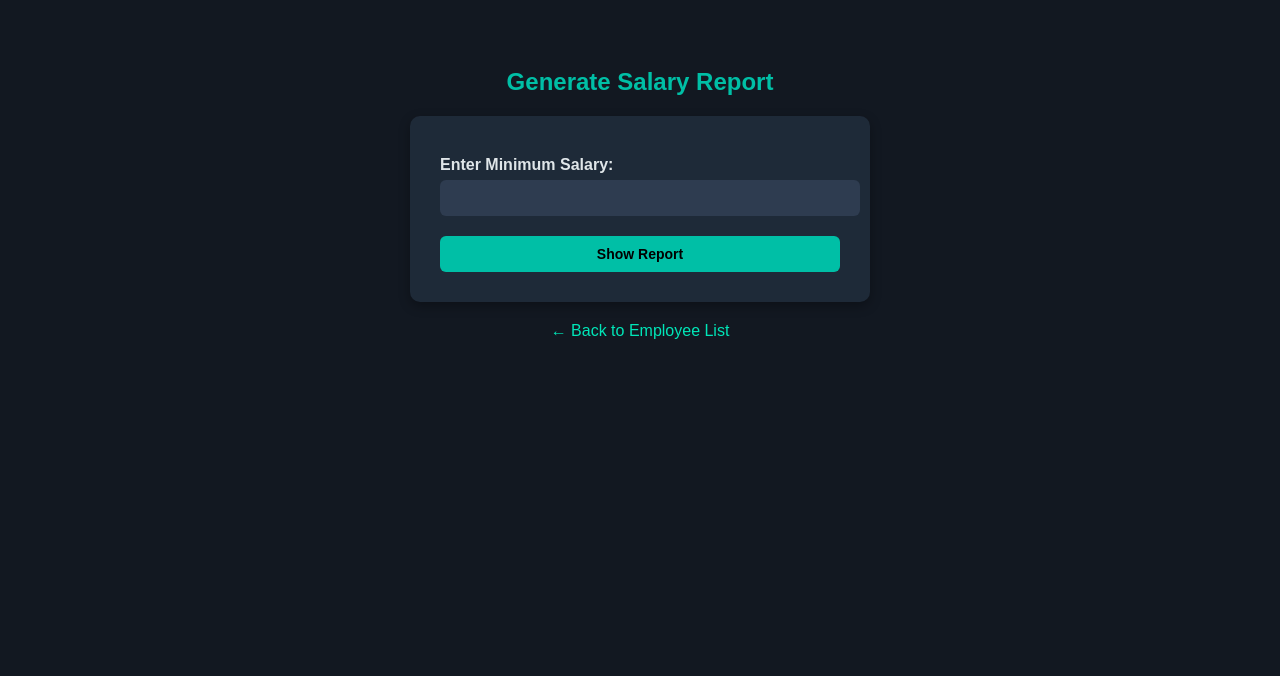
Repository: KUSUMA-74/Advance-JavaProject
Page: http://localhost/EmployeeWebApp/report_form.jsp
The author's editor kept a copy of each file at every save. The page is drawn from the files as they stood at one save, then again after the next save.
The browser window is 1280 px wide. The pictures show the whole page.
The page is served by Tomcat 9. Other server files are loaded and not shown.

Above is the page before, as saved 2025-05-30 15:13:09.

### EmployeeWebApp/src/main/webapp/report_form.jsp
<%@ page contentType="text/html;charset=UTF-8" language="java" %>
<!DOCTYPE html>
<html>
<head>
    <title>Generate Salary Report</title>
    <style>
        body {
            background-color: #121821;
            color: #e0e6e9;
            font-family: Arial, sans-serif;
            padding: 40px;
            display: flex;
            flex-direction: column;
            align-items: center;
        }
        h2 {
            color: #00bfa6;
        }
        form {
            background-color: #1e2a38;
            padding: 30px;
            border-radius: 10px;
            box-shadow: 0 4px 12px rgba(0,0,0,0.3);
            width: 400px;
            display: flex;
            flex-direction: column;
        }
        label {
            margin-top: 10px;
            font-weight: bold;
        }
        input {
            width: 100%;
            padding: 10px;
            margin-top: 6px;
            border: none;
            border-radius: 6px;
            background-color: #2e3c50;
            color: white;
            font-size: 14px;
        }
        input[type=submit] {
            background-color: #00bfa6;
            color: black;
            font-weight: bold;
            margin-top: 20px;
            cursor: pointer;
        }
        a {
            margin-top: 20px;
            color: #00e6b8;
            text-decoration: none;
        }
        .error {
            margin-top: 20px;
            color: #ff5252;
            text-align: center;
        }
    </style>
</head>
<body>
    <h2>Generate Salary Report</h2>

    <form action="report_result.jsp" method="get">
        <label for="salary">Enter Minimum Salary:</label>
        <input type="number" name="salary" id="salary" step="0.01" required />

        <input type="submit" value="Show Report" />
    </form>

    <%
       String error = request.getParameter("error");
       if (error != null) {
    %>
       <p class="error"><%= error %></p>
    <%
       }
    %>

    <a href="empdisplay.jsp">← Back to Employee List</a>
</body>
</html>

After the next save:
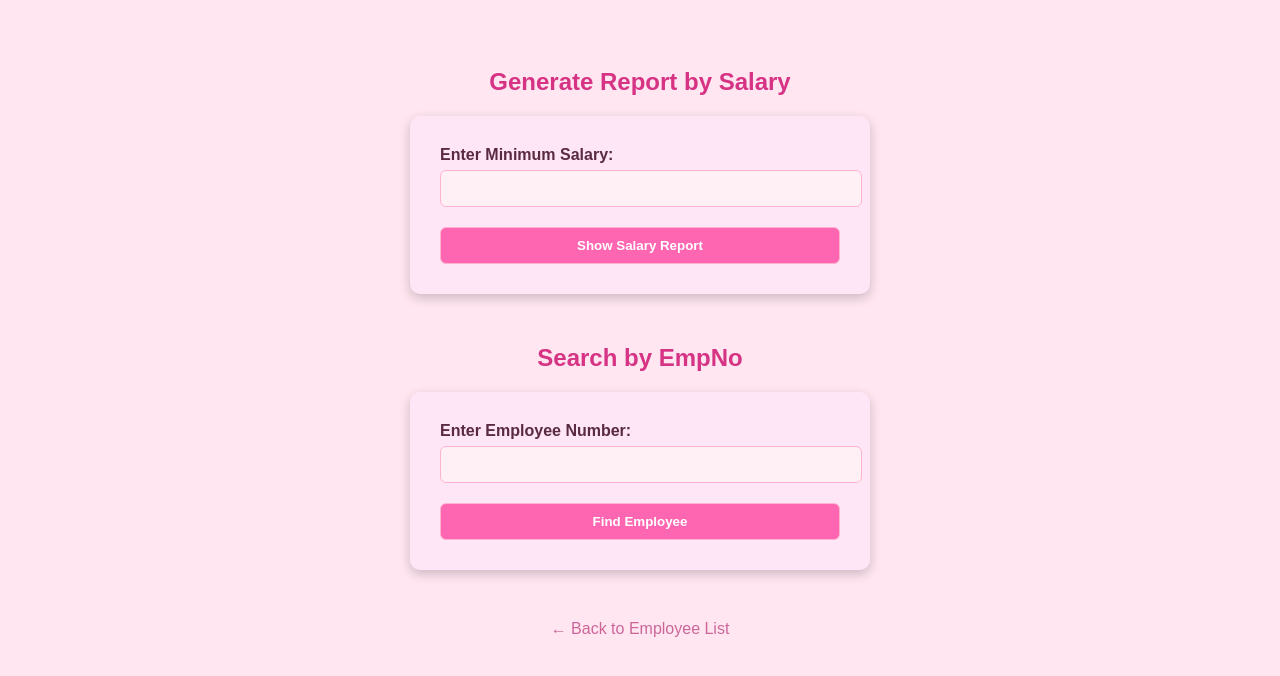
Saved 2 min 46 s later.
--- a/EmployeeWebApp/src/main/webapp/report_form.jsp
+++ b/EmployeeWebApp/src/main/webapp/report_form.jsp
@@ -2,11 +2,11 @@
 <!DOCTYPE html>
 <html>
 <head>
-    <title>Generate Salary Report</title>
+    <title>Generate Employee Report</title>
     <style>
         body {
-            background-color: #121821;
-            color: #e0e6e9;
+            background-color: #ffe6f0;
+            color: #5a2a41;
             font-family: Arial, sans-serif;
             padding: 40px;
             display: flex;
@@ -14,16 +14,15 @@
             align-items: center;
         }
         h2 {
-            color: #00bfa6;
+            color: #d63384;
         }
         form {
-            background-color: #1e2a38;
+            background-color: #ffe6f6;
             padding: 30px;
             border-radius: 10px;
-            box-shadow: 0 4px 12px rgba(0,0,0,0.3);
+            box-shadow: 0 4px 12px rgba(0,0,0,0.2);
             width: 400px;
-            display: flex;
-            flex-direction: column;
+            margin-bottom: 30px;
         }
         label {
             margin-top: 10px;
@@ -33,49 +32,50 @@
             width: 100%;
             padding: 10px;
             margin-top: 6px;
-            border: none;
+            border: 1px solid #ffb3d1;
             border-radius: 6px;
-            background-color: #2e3c50;
-            color: white;
-            font-size: 14px;
+            background-color: #fff0f5;
+            color: #5a2a41;
         }
         input[type=submit] {
-            background-color: #00bfa6;
-            color: black;
+            background-color: #ff66b2;
+            color: white;
             font-weight: bold;
             margin-top: 20px;
             cursor: pointer;
         }
         a {
             margin-top: 20px;
-            color: #00e6b8;
+            color: #cc6699;
             text-decoration: none;
         }
         .error {
             margin-top: 20px;
-            color: #ff5252;
+            color: red;
             text-align: center;
         }
     </style>
 </head>
 <body>
-    <h2>Generate Salary Report</h2>
-
+    <h2>Generate Report by Salary</h2>
     <form action="report_result.jsp" method="get">
         <label for="salary">Enter Minimum Salary:</label>
         <input type="number" name="salary" id="salary" step="0.01" required />
-
-        <input type="submit" value="Show Report" />
+        <input type="submit" value="Show Salary Report" />
     </form>
 
-    <%
-       String error = request.getParameter("error");
+    <h2>Search by EmpNo</h2>
+    <form action="report_empno.jsp" method="get">
+        <label for="empno">Enter Employee Number:</label>
+        <input type="number" name="empno" id="empno" required />
+        <input type="submit" value="Find Employee" />
+    </form>
+
+    <% String error = request.getParameter("error");
        if (error != null) {
     %>
-       <p class="error"><%= error %></p>
-    <%
-       }
-    %>
+        <p class="error"><%= error %></p>
+    <% } %>
 
     <a href="empdisplay.jsp">← Back to Employee List</a>
 </body>
